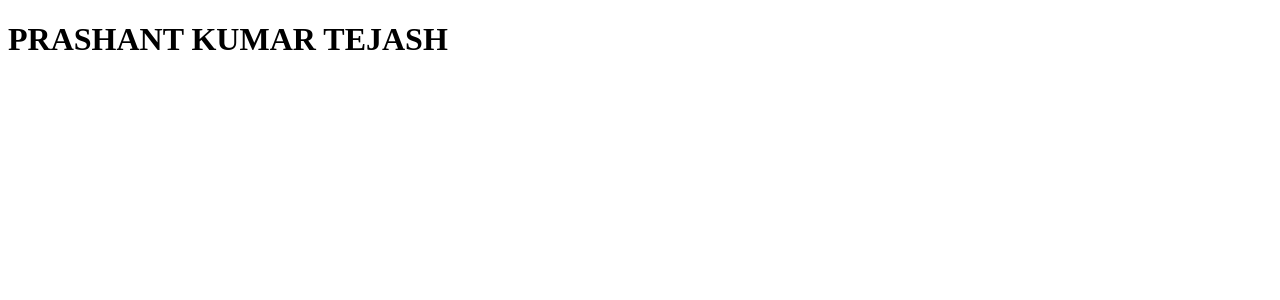
Repository: prashantkumarbind/Hospital-Weather-Concept
Page: http://localhost/hospital/index.jsp
These files come from the project's save history. The page is drawn as it stood at one moment and after the next save; the edit follows.
The browser window is 1280 px wide. The pictures show the whole page.
The page is served by Tomcat 9. Other server files are loaded and not shown.

Above is the page before, as saved 2024-01-18 17:02:08.

### hospital/src/main/webapp/index.jsp
<%@ page language="java" contentType="text/html; charset=ISO-8859-1"
    pageEncoding="ISO-8859-1"%>
<!DOCTYPE html>
<html>
<head>
<meta charset="ISO-8859-1">
<title>Insert title here</title>
</head>
<body>
		<h1>PRASHANT KUMAR TEJASH</h1>
</body>
</html>

After the next save:
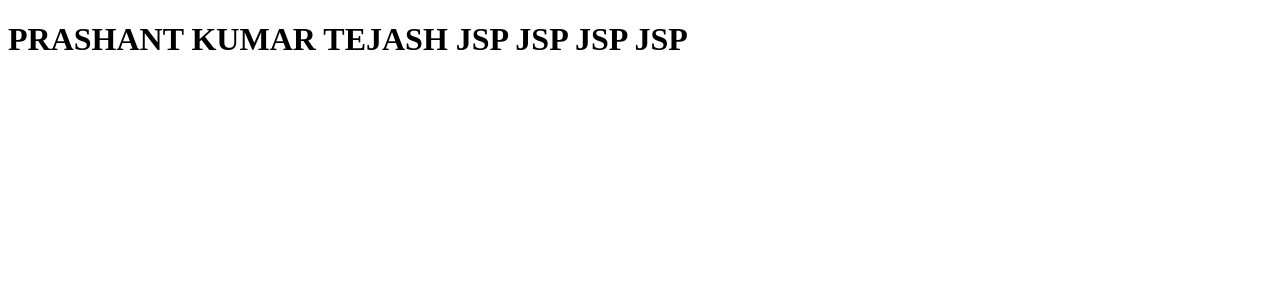
Saved 28 s later.
--- a/hospital/src/main/webapp/index.jsp
+++ b/hospital/src/main/webapp/index.jsp
@@ -7,6 +7,6 @@
 <title>Insert title here</title>
 </head>
 <body>
-		<h1>PRASHANT KUMAR TEJASH</h1>
+		<h1>PRASHANT KUMAR TEJASH JSP JSP JSP JSP</h1>
 </body>
 </html>
